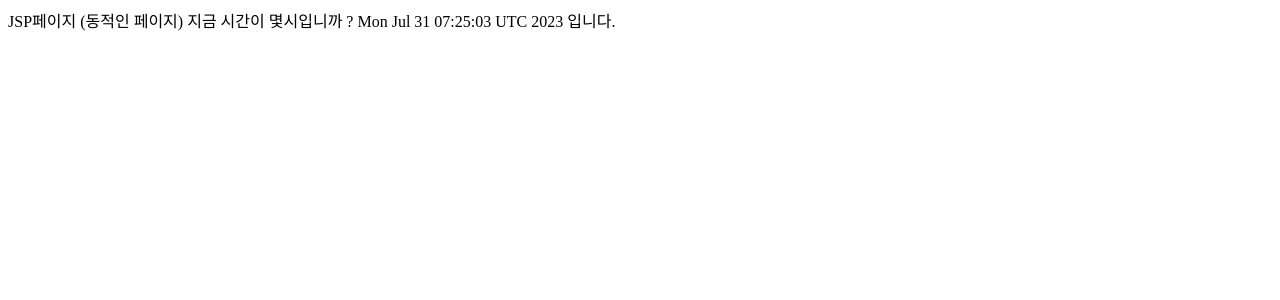
Repository: ainokks071/ServletJSP
Page: http://localhost/WEB/time.jsp
The author's editor kept a copy of each file at every save. The page is drawn from the files as they stood at one save, then again after the next save.
The browser window is 1280 px wide. The pictures show the whole page.
The page is served by Tomcat 9. Other server files are loaded and not shown.

Above is the page before, as saved 2023-07-31 08:17:20.

### WEB/webapp/time.jsp
<!-- JSP(Java Server Page) = Java코드영역(프로그래밍) + HTML영역(View) -->

<%-- <%@ 지시자 %> --%>
<%@ page language="java" contentType="text/html; charset=UTF-8"
    pageEncoding="UTF-8"%>
<%@ page import="java.util.Date" %>

<%-- <% 스크립틀릿 %> --%>
<% Date d = new Date(); %>


<!DOCTYPE html>
<html>
<head>
<meta charset="UTF-8">
<title>Insert title here</title>
</head>


<body>
JSP페이지 (동적인 페이지)

지금 시간이 몇시입니까 ?
<%-- <%= 출력식 %> --%>
<%= d.toString() %> 입니다.

</body>
</html>

After the next save:
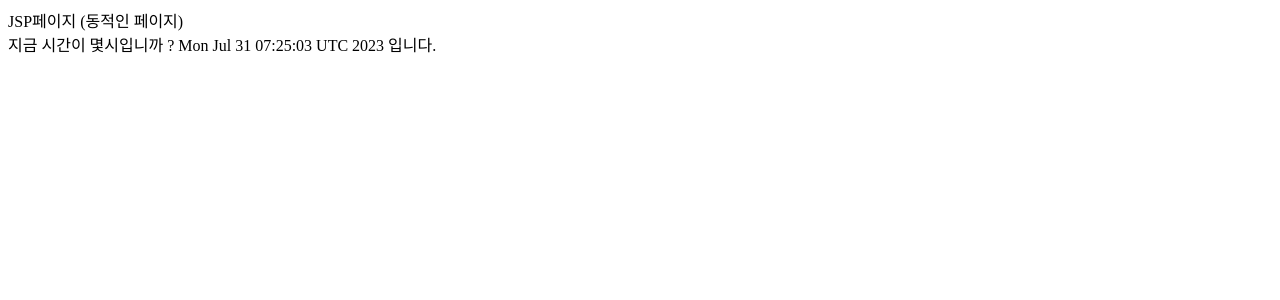
Saved 23 s later.
--- a/WEB/webapp/time.jsp
+++ b/WEB/webapp/time.jsp
@@ -18,7 +18,7 @@
 
 
 <body>
-JSP페이지 (동적인 페이지)
+JSP페이지 (동적인 페이지)<br>
 
 지금 시간이 몇시입니까 ?
 <%-- <%= 출력식 %> --%>
